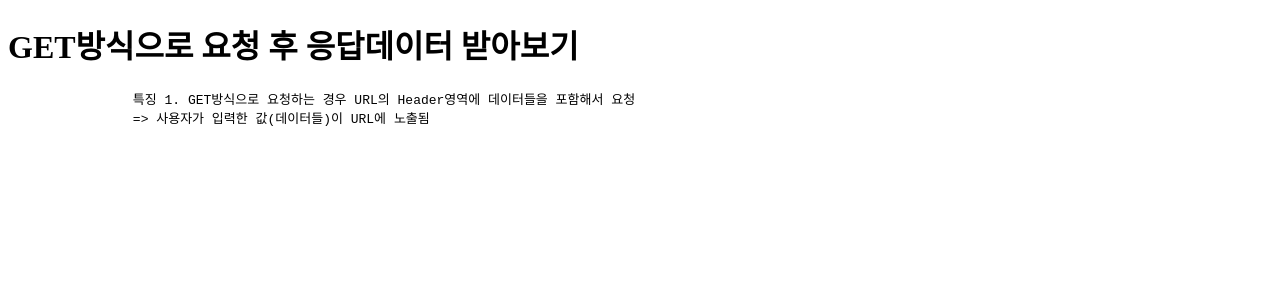
Repository: Rostreaca/0922_Web
Page: MyFirstWebProject/src/main/webapp/views/request_get.html
An editor plug-in stored every save of this project. The page is shown before and after the next save, followed by the edit.
The browser window is 1280 px wide. The pictures show the whole page.

Above is the page before, as saved 2025-09-22 07:39:24.

### MyFirstWebProject/src/main/webapp/views/request_get.html
<!DOCTYPE html>
<html>
<head>
<meta charset="UTF-8">
<title>Get 방식 요청 테스트</title>
<style>
	ul {
		list-style : none;
		line-height : 200%;
	}
</style>
</head>
<body>
	<h1>GET방식으로 요청 후 응답데이터 받아보기</h1>

	<pre>
		특징 1. GET방식으로 요청하는 경우 URL의 Header영역에 데이터들을 포함해서 요청
		=> 사용자가 입력한 값(데이터들)이 URL에 노출됨 <br>

	</pre>









</body>
</html>

After the next save:
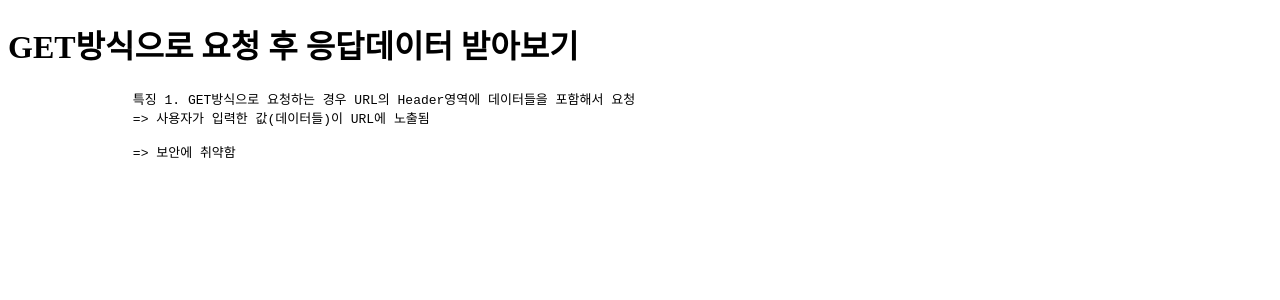
Saved 4 s later.
--- a/MyFirstWebProject/src/main/webapp/views/request_get.html
+++ b/MyFirstWebProject/src/main/webapp/views/request_get.html
@@ -16,6 +16,7 @@
 	<pre>
 		특징 1. GET방식으로 요청하는 경우 URL의 Header영역에 데이터들을 포함해서 요청
 		=> 사용자가 입력한 값(데이터들)이 URL에 노출됨 <br>
+		=> 보안에 취약함
 
 	</pre>
 
